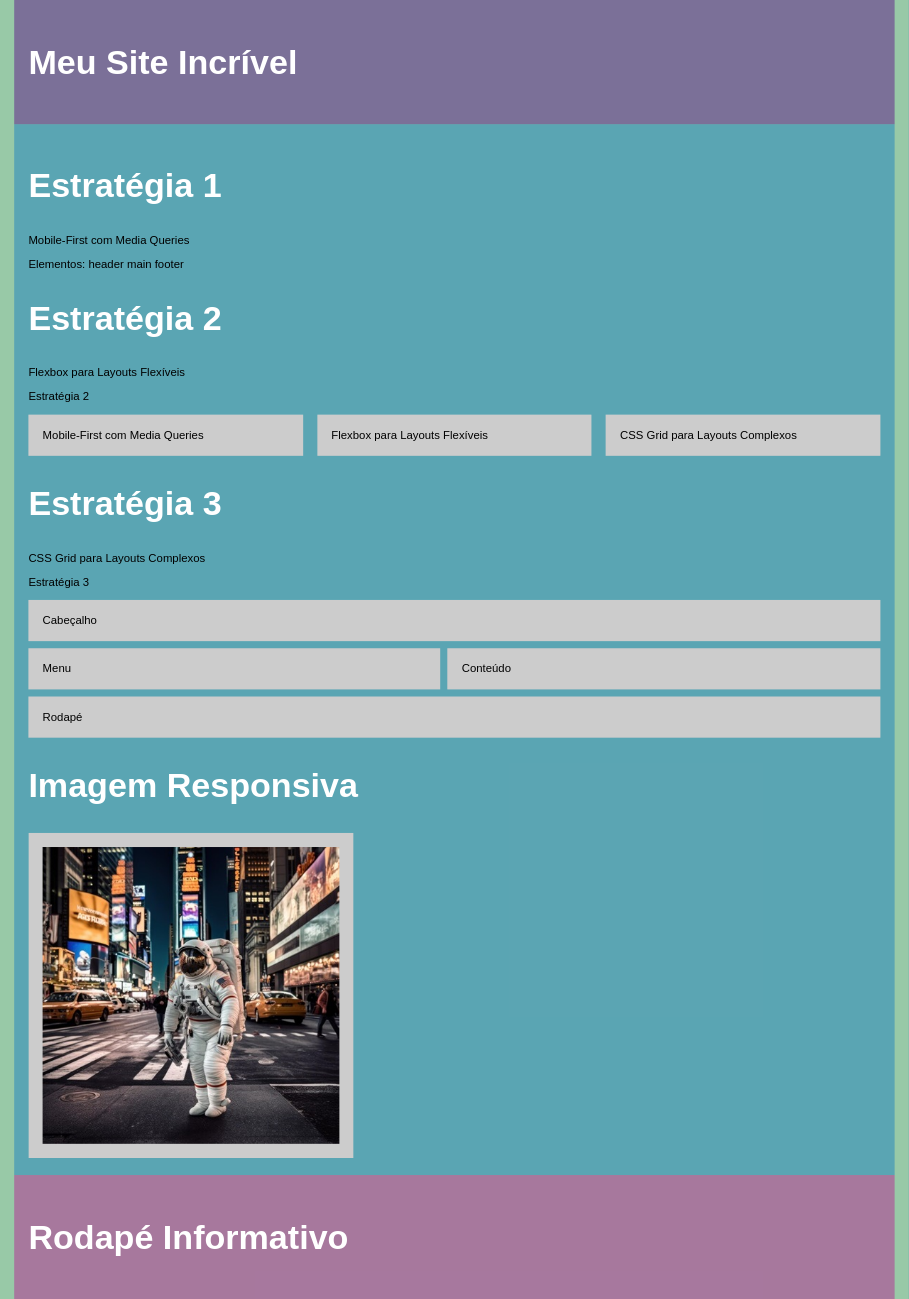
Repository: douglasabnovato/model-lp
Page: index.html
The author's editor kept a copy of each file at every save. The page is drawn from the files as they stood at one save, then again after the next save.
The browser window is 1280 px wide. The pictures show the whole page, at 71% of full size.

Above is the page before, as saved 2025-02-25 11:49:07.

### index.html
<!DOCTYPE html>
<html lang="pt-br">
  <head>
    <meta charset="UTF-8" />
    <meta name="viewport" content="width=device-width, initial-scale=1.0" />
    <title>Filmes Épicos</title>
    <link rel="stylesheet" type="text/css" href="./style.css" />
  </head>
  <body>
    <header>
      <h2>Meu Site Incrível</h2>
    </header>
    <main>
      <h2>Estratégia 1</h2>
      <p>Mobile-First com Media Queries</p>
      <p>Elementos: header main footer</p>

      <h2>Estratégia 2</h2>
      <p>Flexbox para Layouts Flexíveis</p>
      <p>Estratégia 2</p>
      <div class="flex-container">
        <div class="item">Mobile-First com Media Queries</div>
        <div class="item">Flexbox para Layouts Flexíveis</div>
        <div class="item">CSS Grid para Layouts Complexos</div>
      </div>

      <h2>Estratégia 3</h2>
      <p>CSS Grid para Layouts Complexos</p>
      <p>Estratégia 3</p>
      <div class="grid-container">
        <div class="grid-item">Cabeçalho</div>
        <div class="grid-item">Menu</div>
        <div class="grid-item">Conteúdo</div>
        <div class="grid-item">Rodapé</div>
      </div>

      <h2>Imagem Responsiva</h2>
      <div class="imgResponsive">
        <img
          src="./assets/astronauta-418.jpg"
          alt="Astronauta"
        />
      </div>
    </main>
    <footer>
      <h2>Rodapé Informativo</h2>
    </footer>
  </body>
</html>

### style.css
/* Estilos base para mobile */
body {
  font-family: Arial, sans-serif;
  margin: 0;
  background-color: #65691c77;
}

h2 {
  color: white;
  font-size: clamp(2rem, 5vw, 3rem);
}

header,
main,
footer {
  padding: 20px;
}

header {
  background-color: #5b0a8777;
}

main {
  background-color: #157bc077;
}

.imgResponsive{
  margin: 0;
  padding: 0;
}

.flex-container {
  display: flex;
  flex-wrap: wrap;
  gap: 20px;
}

.item {
  background-color: #ccc;
  padding: 20px;
  flex: 1 1 200px;
  box-sizing: border-box;
}

.grid-container {
  display: grid;
  grid-template-areas:
    "header header"
    "menu content"
    "footer footer";
  grid-gap: 10px;
}

.grid-item {
  background-color: #ccc;
  padding: 20px;
}

.grid-item:nth-child(1) {
  grid-area: header;
}

.grid-item:nth-child(2) {
  grid-area: menu;
}

.grid-item:nth-child(3) {
  grid-area: content;
}

.grid-item:nth-child(4) {
  grid-area: footer;
}

footer {
  background-color: #b81b9377;
}

img {
    padding: 20px;
    background-color: #ccc;
}

/* Media Query para telas maiores */
@media (min-width: 768px) {
  body {
    background-color: #238d4377;
  }

  header,
  main,
  footer {
    max-width: 1200px;
    margin: 0 auto;
  }
}

After the next save:
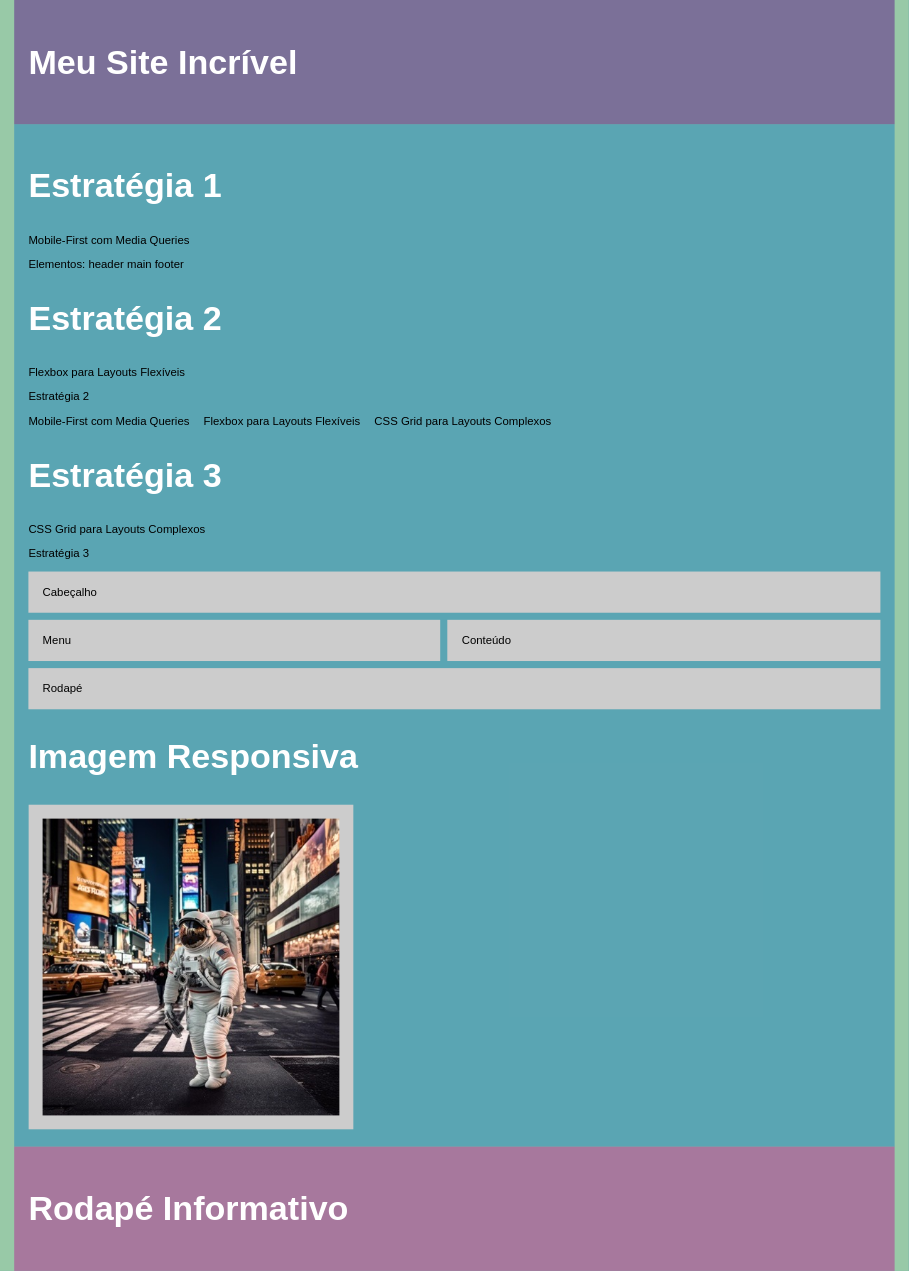
Saved 31 s later.
--- a/style.css
+++ b/style.css
@@ -35,7 +35,7 @@ main {
   gap: 20px;
 }
 
-.item {
+.flex-item {
   background-color: #ccc;
   padding: 20px;
   flex: 1 1 200px;

After the 3 saves that followed:
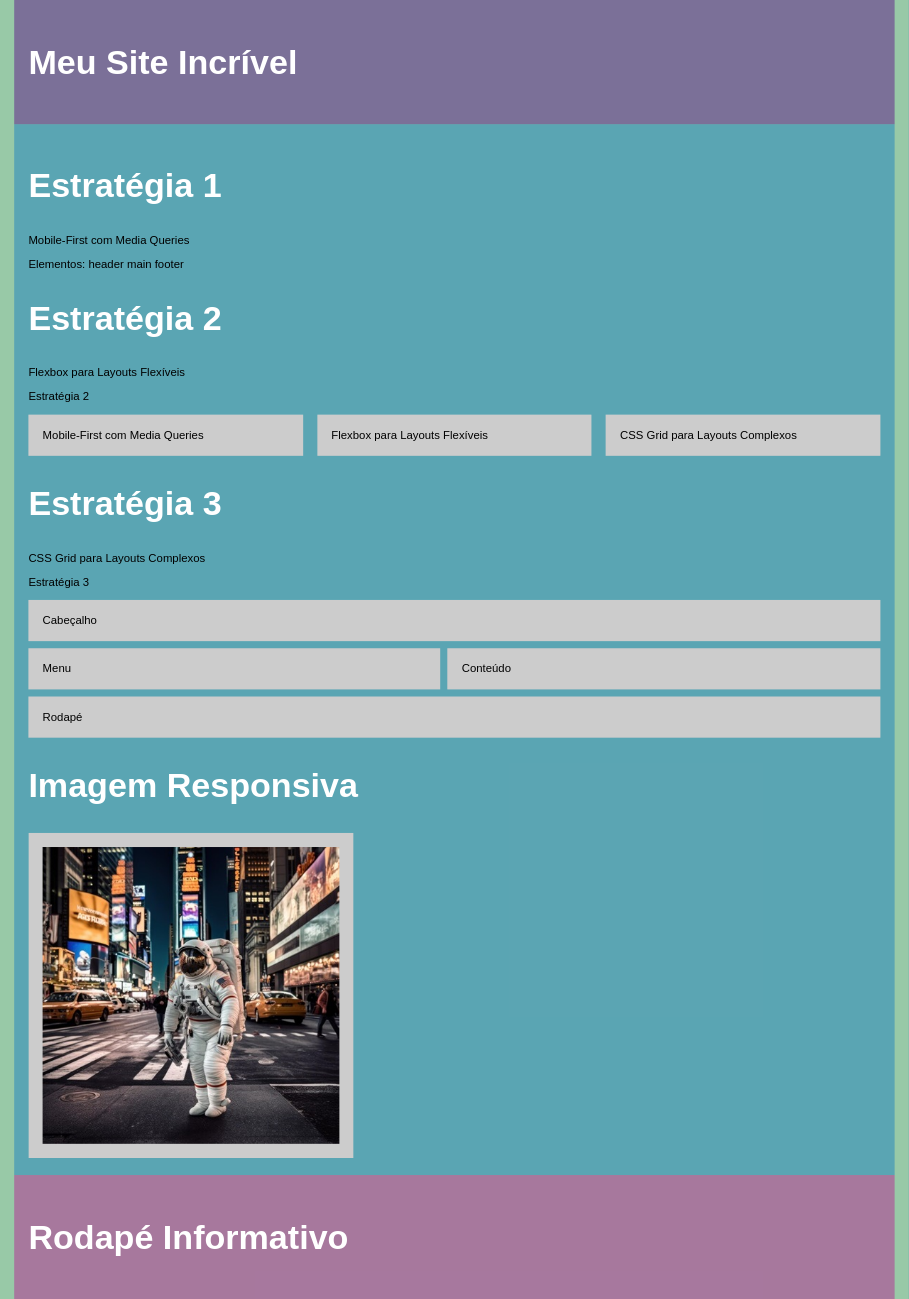
The 3 saves are shown as one change because 2 left the picture as it was.
The last was saved 54 s later.
--- a/index.html
+++ b/index.html
@@ -19,9 +19,9 @@
       <p>Flexbox para Layouts Flexíveis</p>
       <p>Estratégia 2</p>
       <div class="flex-container">
-        <div class="item">Mobile-First com Media Queries</div>
-        <div class="item">Flexbox para Layouts Flexíveis</div>
-        <div class="item">CSS Grid para Layouts Complexos</div>
+        <div class="flex-item">Mobile-First com Media Queries</div>
+        <div class="flex-item">Flexbox para Layouts Flexíveis</div>
+        <div class="flex-item">CSS Grid para Layouts Complexos</div>
       </div>
 
       <h2>Estratégia 3</h2>
@@ -41,6 +41,7 @@
           alt="Astronauta"
         />
       </div>
+
     </main>
     <footer>
       <h2>Rodapé Informativo</h2>
--- a/style.css
+++ b/style.css
@@ -22,11 +22,6 @@ header {
 
 main {
   background-color: #157bc077;
-}
-
-.imgResponsive{
-  margin: 0;
-  padding: 0;
 }
 
 .flex-container {
@@ -72,14 +67,20 @@ main {
   grid-area: footer;
 }
 
+.imgResponsive{
+    margin: 0;
+    padding: 0;
+  }
+
+  img {
+      padding: 20px;
+      background-color: #ccc;
+  }
+
 footer {
   background-color: #b81b9377;
 }
 
-img {
-    padding: 20px;
-    background-color: #ccc;
-}
 
 /* Media Query para telas maiores */
 @media (min-width: 768px) {
